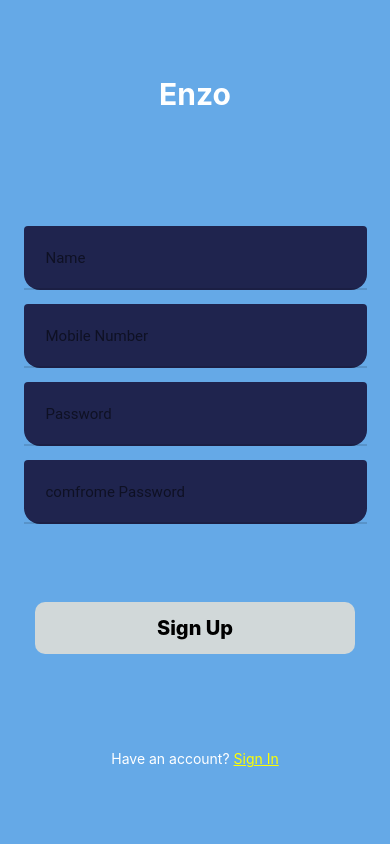
Repository: Milith97/Bus-App
Screen: /, after clicking the first element matching `div.r-transitionProperty-1i6wzkk`
These files come from the project's save history. The screen is drawn as it stood at one moment and after the next save; the edit follows.
The app was drawn by React Native's web renderer in a window 390 px wide. The project was rebuilt for these pictures with package versions that can differ from the ones it lists, and the page was loaded fresh each time. Also part of the build but not shown: pages/HomePage.js, pages/ForgotPassword.js, pages/VerificationCode.js, pages/NewPassword.js, pages/HomePage2.js, Common/component/DrawerNav.js, pages/BookMySheet.js, pages/BusShedule.js and 1 more.

Above is the screen before, as saved 2024-01-12 09:59:30.

After the next save:
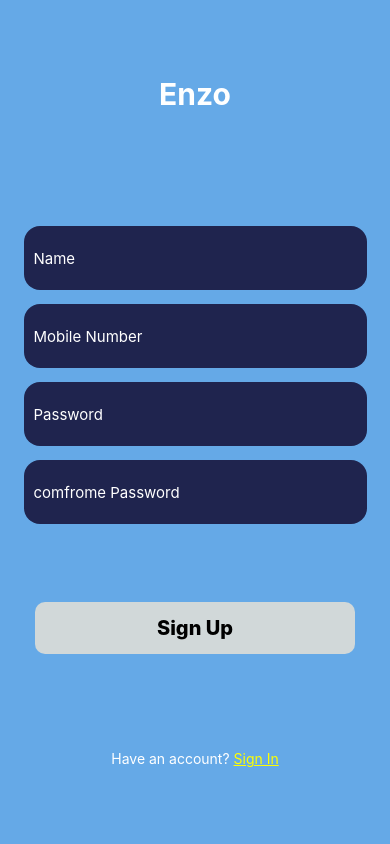
Saved 2 min 27 s later.
--- a/pages/SignUpPage.js
+++ b/pages/SignUpPage.js
@@ -1,6 +1,5 @@
-import { StyleSheet, Text, View, TouchableOpacity, Pressable } from 'react-native'
+import { StyleSheet, Text, View, TextInput, TouchableOpacity, Pressable } from 'react-native'
 import React, { useState } from 'react';
-import { TextInput } from 'react-native-paper';
 
 export default function SignUpPage({ navigation }) {
 
@@ -37,27 +36,29 @@ export default function SignUpPage({ navigation }) {
             {/* ------------------------------TextInput------------------------------- */}
             <View style={styles.TextInput}>
                 <TextInput
-                    label="Name"
-                    textColor="#000000"
+                    placeholder="Name"
+                    placeholderTextColor="#ffffff"
                     style={styles.Text2}
                     value={name}
                     onChangeText={text => setName(text)}
                 />
                 <TextInput
-                    label="Mobile Number"
+                    placeholder="Mobile Number"
+                    placeholderTextColor="#ffffff"
                     style={styles.Text2}
                     value={mobileNumber}
                     onChangeText={text => setMobileNumber(text)}
                 />
                 <TextInput
-                    label="Password"
+                    placeholder="Password"
+                    placeholderTextColor="#ffffff"
                     style={styles.Text2}
                     value={password}
                     onChangeText={text => setPassword(text)}
                 />
                 <TextInput
-                    label="comfrome Password"
-
+                    placeholder="comfrome Password"
+                    placeholderTextColor="#ffffff"
                     style={styles.Text2}
                     value={confirmPassword}
                     onChangeText={text => setConfirmPassword(text)}
